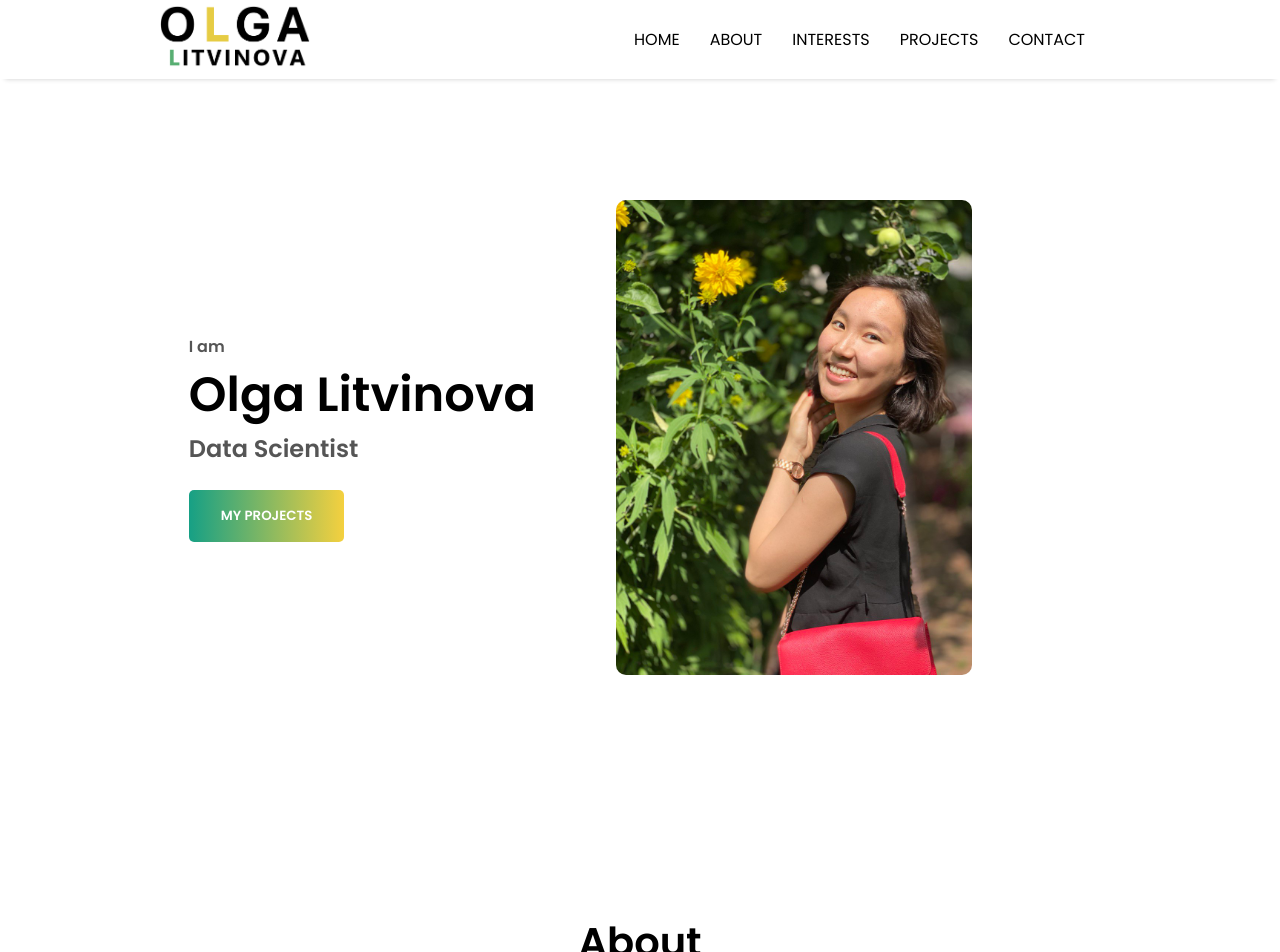
Repository: OlgaKuzminichna/CV
Page: index.html
An editor plug-in stored every save of this project. The page is shown before and after the next save, followed by the edit.
The browser window is 1280 px wide. The pictures show the part of the page from y = 0 to 952 px (the page is 4176 px tall before and 4201 px after).
A picture or video elsewhere on the page could not be fetched, so the positions and the page height are approximate.

Above is the page before, as saved 2024-11-24 21:28:08.

After the next save:
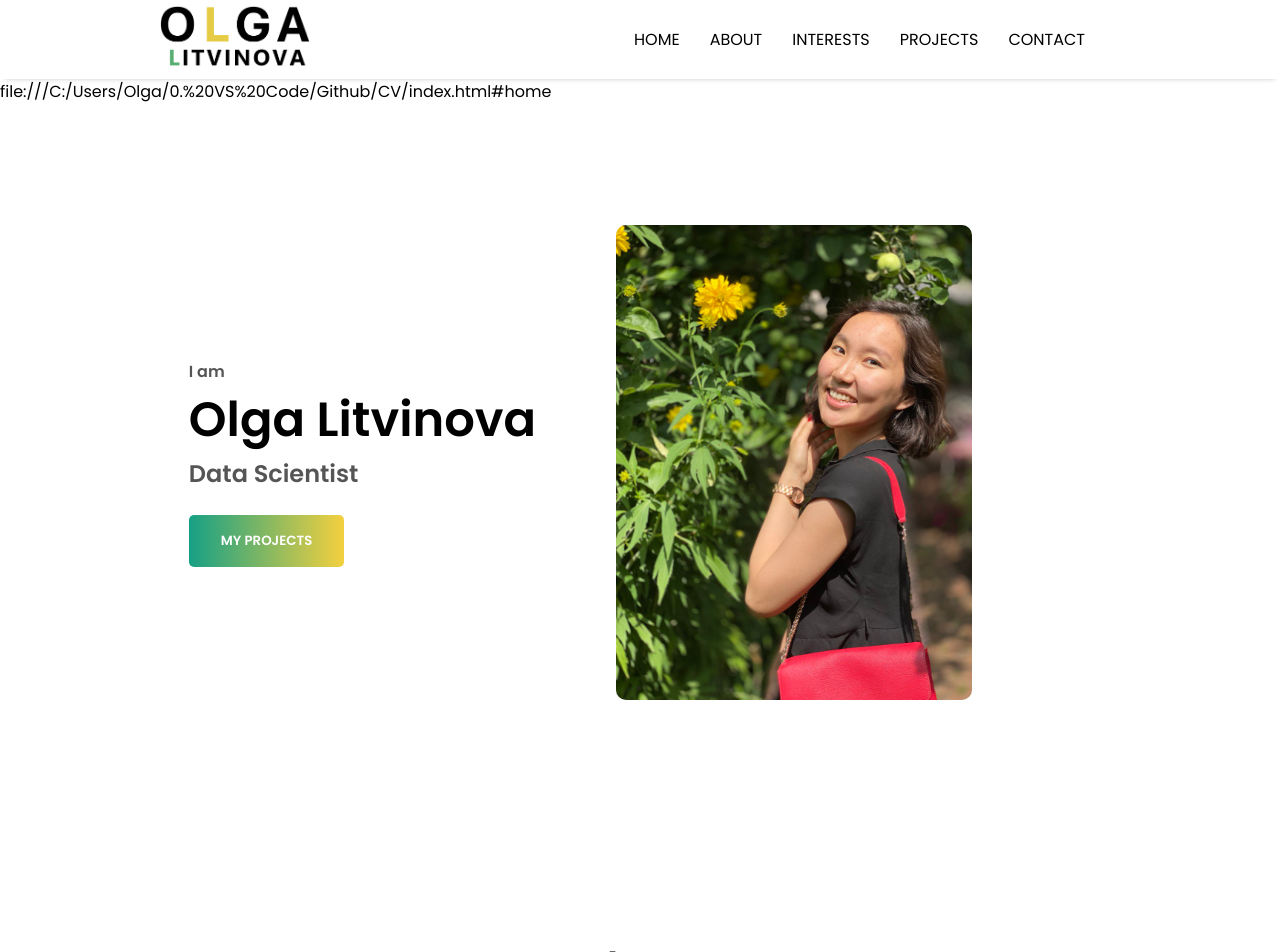
Saved 28 s later.
--- a/index.html
+++ b/index.html
@@ -48,6 +48,7 @@
             </div>
         </nav>
     </header>
+    file:///C:/Users/Olga/0.%20VS%20Code/Github/CV/index.html#home
     <main>
         <section id="home">
             <div class="intro-left">
